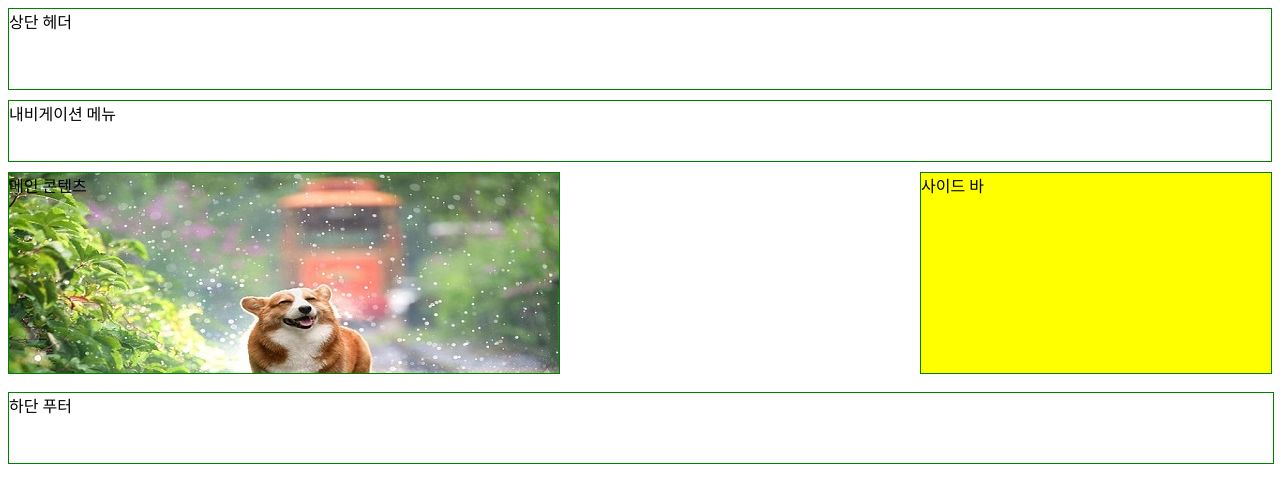
Repository: woosungtae/html_css
Page: pro01/public/woosungtae_1.html
An editor plug-in stored every save of this project. The page is shown before and after the next save, followed by the edit.
The browser window is 1280 px wide. The pictures show the whole page.

Above is the page before, as saved 2022-12-12 07:20:27.

After the next save:
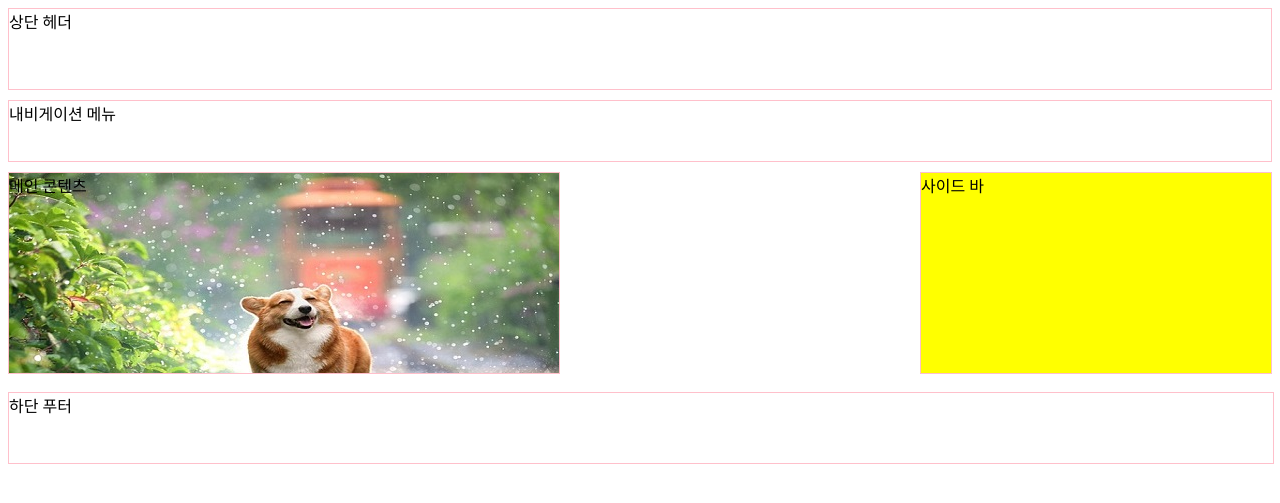
Saved 40 h 36 min later.
--- a/pro01/public/woosungtae_1.html
+++ b/pro01/public/woosungtae_1.html
@@ -5,12 +5,12 @@
     <title>Document</title>
     <style>
         header {
-            border : 1px solid green;
+            border : 1px solid pink;
             height: 80px;
             margin-bottom: 10px;
         }
         nav {
-            border : 1px solid green;
+            border : 1px solid pink;
             height: 60px;
             margin-bottom: 10px;
         }
@@ -18,7 +18,7 @@
             color: red;
         }
         section {
-            border: 1px solid green;
+            border: 1px solid pink;
             height: 200px;
             width: 550px;
             float: left;
@@ -28,7 +28,7 @@
         }
 
         aside {
-            border: 1px solid green;
+            border: 1px solid pink;
             height: 200px;
             width: 350px;
             float: right;
@@ -36,7 +36,7 @@
         }
         footer {
             clear: both;
-            border: 1px solid green;
+            border: 1px solid pink;
             height: 70px;
             width: 100%;
             margin-top: 230px;
